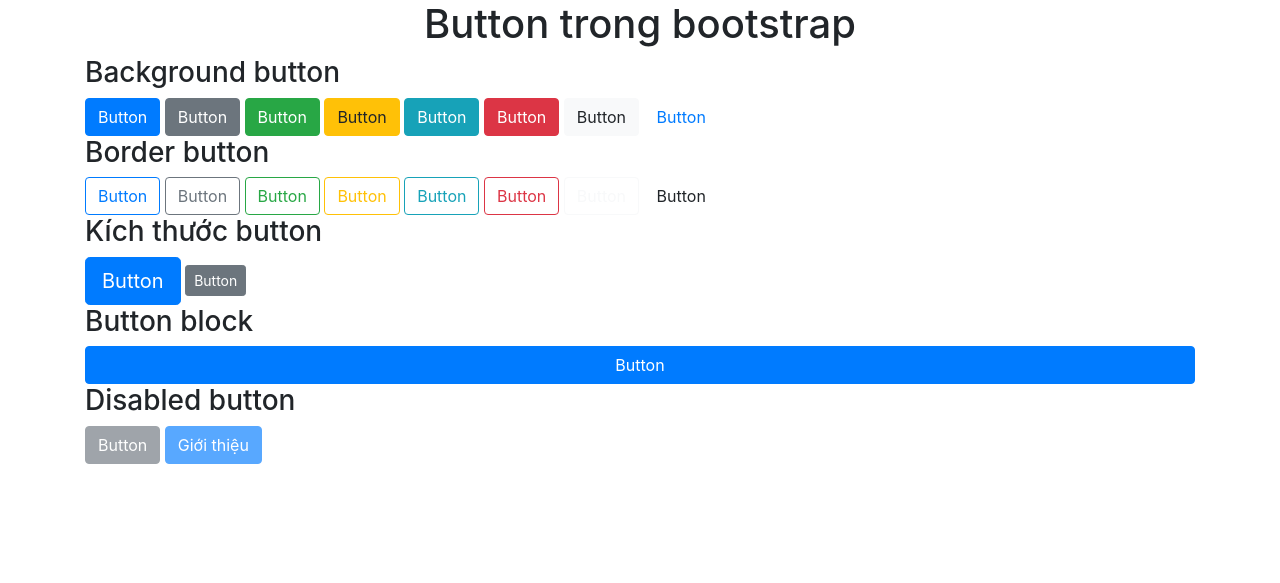
Repository: anhtu2110/front_end
Page: lesson/bootstrap/advance/5.1button.html
The author's editor kept a copy of each file at every save. The page is drawn from the files as they stood at one save, then again after the next save.
The browser window is 1280 px wide. The pictures show the whole page.

Above is the page before, as saved 2022-12-06 19:46:39.

### lesson/bootstrap/advance/5.1button.html
<!DOCTYPE html>
<html lang="en">
  <head>
    <meta charset="UTF-8" />
    <meta http-equiv="X-UA-Compatible" content="IE=edge" />
    <meta name="viewport" content="width=device-width, initial-scale=1.0" />
    <link rel="stylesheet" href="./bootstrap/css/bootstrap.min.css" />
    <title>Button trong boostrapt</title>
  </head>
  <body>
    <div class="container">
      <div class="row">
        <div class="col-md-12">
          <h1 class="text-center">Button trong bootstrap</h1>
          <h3>Background button</h3>
          <button class="btn btn-primary">Button</button>
          <button class="btn btn-secondary">Button</button>
          <button class="btn btn-success">Button</button>
          <button class="btn btn-warning">Button</button>
          <button class="btn btn-info">Button</button>
          <button class="btn btn-danger">Button</button>
          <button class="btn btn-light">Button</button>
          <button class="btn btn-link">Button</button>
          <h3>Border button</h3>
          <button class="btn btn-outline-primary">Button</button>
          <button class="btn btn-outline-secondary">Button</button>
          <button class="btn btn-outline-success">Button</button>
          <button class="btn btn-outline-warning">Button</button>
          <button class="btn btn-outline-info">Button</button>
          <button class="btn btn-outline-danger">Button</button>
          <button class="btn btn-outline-light">Button</button>
          <button class="btn btn-outline-link">Button</button>
          <h3>Kích thước button</h3>
          <button class="btn btn-lg btn-primary">Button</button>
          <button class="btn btn-sm btn-secondary">Button</button>
          <h3>Button block</h3>
          <button class="btn btn-block btn-primary">Button</button>
          <h3>Disabled button</h3>
          <button class="btn btn-secondary" disabled>Button</button>
          <a href="" class="btn btn-primary disabled">Giới thiệu</a>
        </div>
      </div>
    </div>
    <script src="js/jquery-3.6.1.min.js"></script>
    <script src="js/popper.min.js"></script>
    <script src="./bootstrap/js/bootstrap.min.js"></script>
  </body>
</html>

Loaded but not shown: lesson/bootstrap/advance/bootstrap/css/bootstrap.min.css (library); lesson/bootstrap/advance/js/jquery-3.6.1.min.js (library); lesson/bootstrap/advance/js/popper.min.js (library); lesson/bootstrap/advance/bootstrap/js/bootstrap.min.js (library)

After the next save:
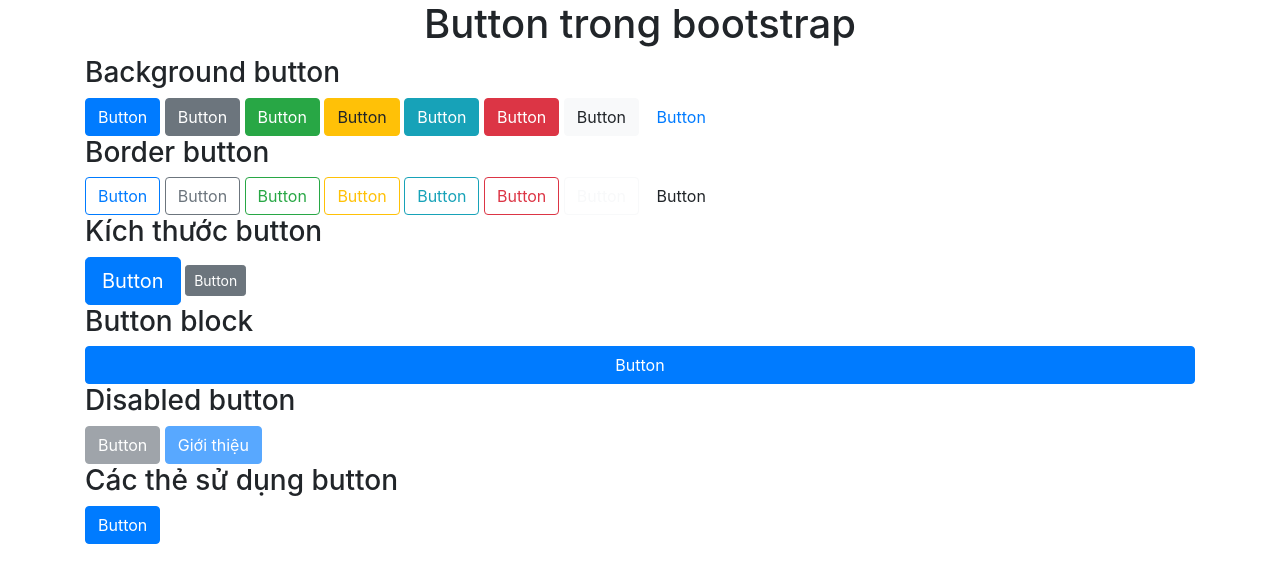
Saved 49 s later.
--- a/lesson/bootstrap/advance/5.1button.html
+++ b/lesson/bootstrap/advance/5.1button.html
@@ -38,6 +38,8 @@
           <h3>Disabled button</h3>
           <button class="btn btn-secondary" disabled>Button</button>
           <a href="" class="btn btn-primary disabled">Giới thiệu</a>
+          <h3>Các thẻ sử dụng button</h3>
+          <a href="" class="btn btn-primary" role="button">Button</a>
         </div>
       </div>
     </div>
